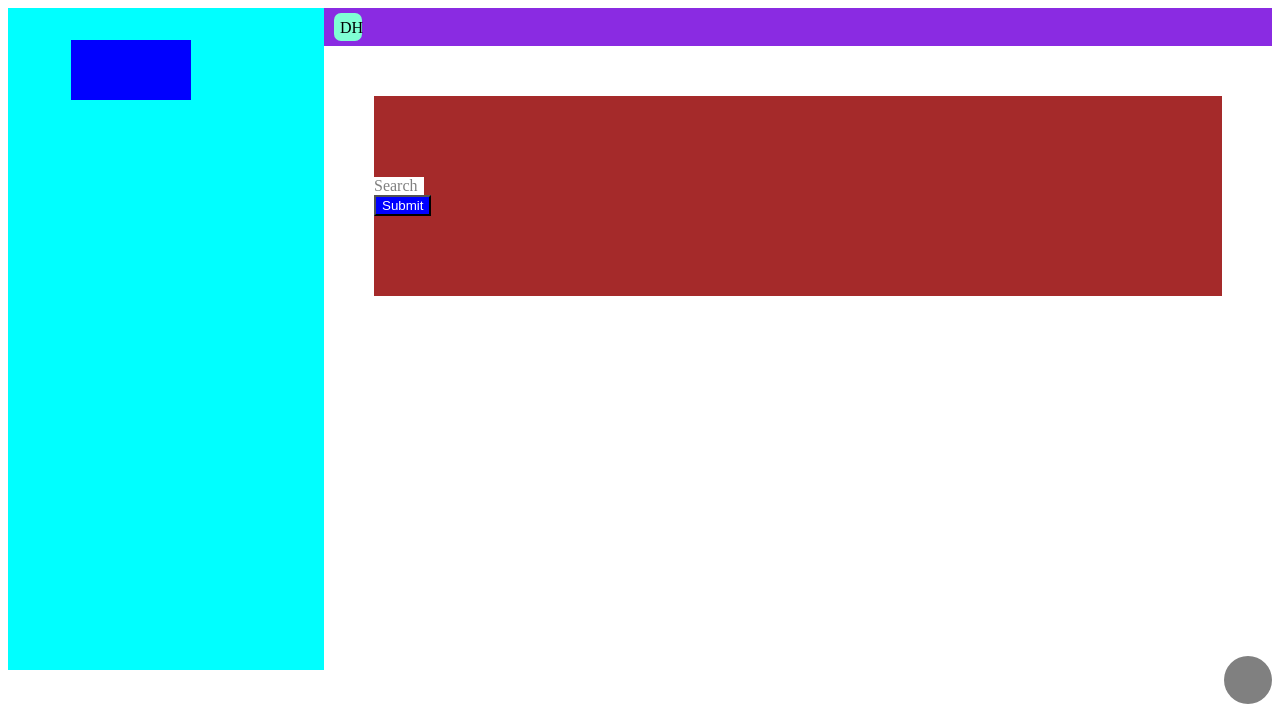
Repository: tr2cky/barrage
Page: index.html
The author's editor kept a copy of each file at every save. The page is drawn from the files as they stood at one save, then again after a run of saves.
The browser window is 1280 px wide. The pictures show the whole page.

Above is the page before, as saved 2022-10-03 13:55:57.

### index.html
<!DOCTYPE html>
<html lang="en">

<head>
    <meta charset="UTF-8">
    <meta http-equiv="X-UA-Compatible" content="IE=edge">
    <meta name="viewport" content="width=device-width, initial-scale=1.0">
    <link rel="stylesheet" href="style.css">
    <title>Document</title>
</head>

<body>
    <div class="container">
        <div class="side">
            <div class="box1"></div>
        </div>

        <main>
            <div class="header">
                <div class="boxheader">DH</div>
            </div>
            <article>
                <div class="article-container">
                    <div class="search">Search</div>
                    <button>Submit</button>
                </div>
            </article>
            <div id="circle"></div>
        </main>
    </div>
</body>

</html>

### style.css
.container {
    display: grid;
    grid-template-columns: 1fr 3fr;
}
.side {
    background-color: aqua;
    height: 92vh;
}
.box1 {
    background-color: blue;
    width: 80px;
    height: 20px;
    padding: 20px;
    margin-top: 10%;
    margin-left: 20%;
}
main {
    background-color: white;
    display: flex;
    flex-direction: column;
}
.header {
    background-color: blueviolet;
}
.boxheader {
    background-color: aquamarine;
    padding: 6px;
    width: 1em;
    height: 1em;
    margin: 5px 10px;
    border-radius: 25%;
}
main article {
    background-color: brown;
    margin: 50px;
    height: 200px;
    display: flex;
    place-items: center;
}
.search {
    background-color: white;
    color: gray;
    width: 50px;
}
button {
    background-color: blue;
    color: white;
}
#circle {
    width: 3em;
    height: 3em;
    border-radius: 50%;
    position: fixed;
    background-color: gray;
    justify-self: flex-end;
    align-self: flex-end;
    margin-top: 90vh;
    margin
}

@media (max-width: 500px) {
    .container {
        grid-template-columns: 1fr;
    }
    main {
        order: -1;
    }
    main article {
        margin: 0;
    }
}
#circle {
    width: 3em;
    height: 3em;
    border-radius: 50%;
    position: fixed;
    background-color: gray;
    justify-self: flex-end;
    align-self: flex-end;
    margin-top: 90vh;
}

After the next 6 saves:
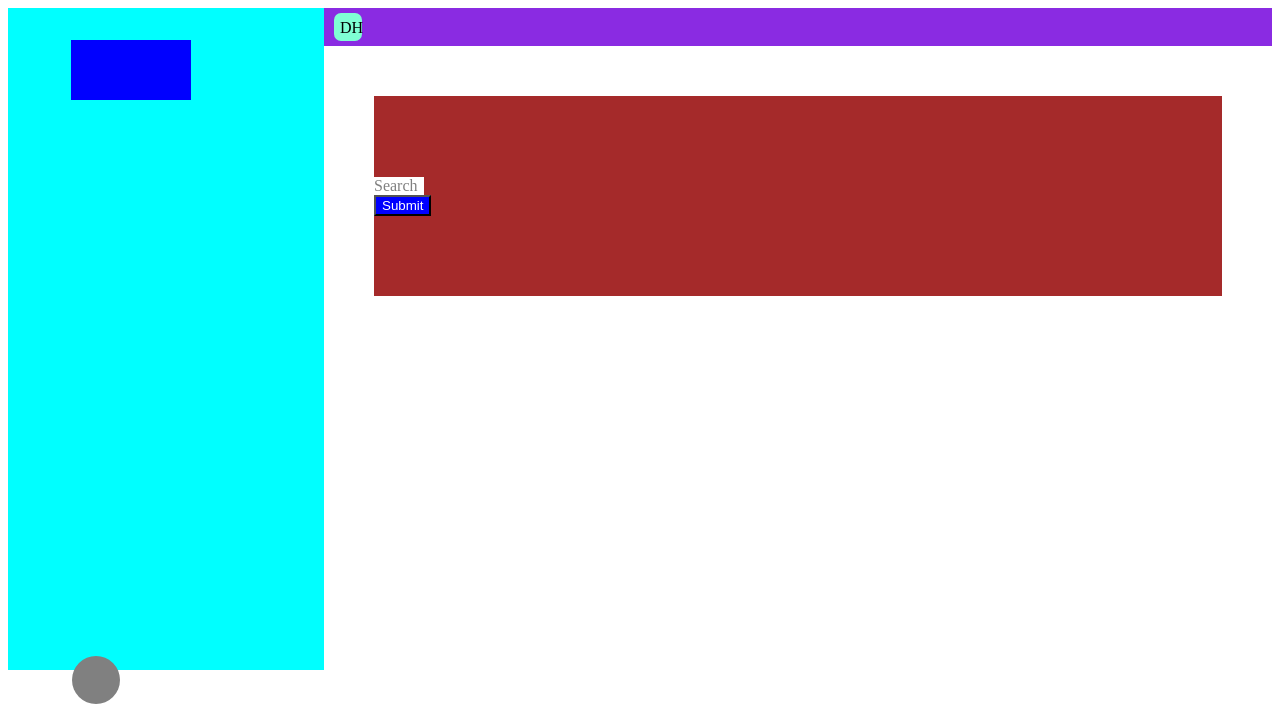
The 6 saves are shown as one change because they came seconds apart.
The last was saved 9 s later.
--- a/style.css
+++ b/style.css
@@ -55,7 +55,7 @@ button {
     justify-self: flex-end;
     align-self: flex-end;
     margin-top: 90vh;
-    margin
+    margin-right: 90vw;
 }
 
 @media (max-width: 500px) {
